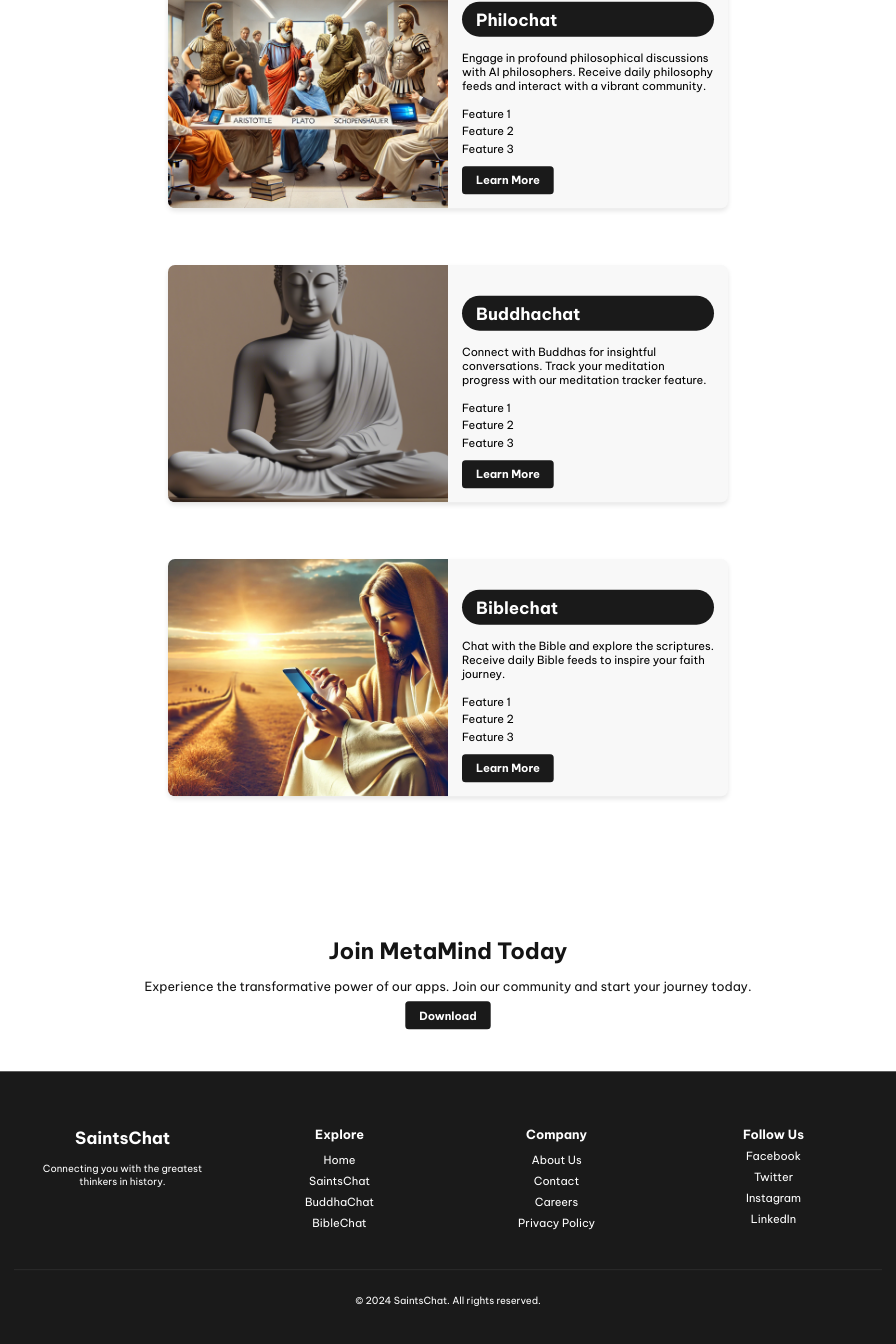
Repository: HSfac/EthosMindWeb
Page: /
These files come from the project's save history. The page is drawn as it stood at one moment and after the next save; the edit follows.
The browser window is 1280 px wide. The pictures show the part of the page from y = 1029 to 2949 px (the page is 2949 px tall), at 70% of full size.
The project was rebuilt for these pictures with package versions that can differ from the ones it lists, and the page was loaded fresh each time. Also part of the build but not shown: src/pages/SaintsChat.css, src/pages/SaintsChat.jsx, src/pages/BuddhaChat.css, src/pages/BuddhaChat.jsx, src/pages/BibleChat.css, src/pages/BibleChat.jsx, src/pages/Download.css, src/pages/Download.jsx.

Above is the page before, as saved 2024-07-21 22:42:52.

### src/index.css
@import url('https://fonts.googleapis.com/css2?display=swap&family=Be+Vietnam+Pro:wght@400;500;700;900&family=Noto+Sans:wght@400;500;700;900');

body {
  font-family: "Be Vietnam Pro", "Noto Sans", sans-serif;
  margin: 0;
  padding: 0;
  box-sizing: border-box;
}

### src/App.jsx
import React from 'react';
import { BrowserRouter as Router, Route, Routes } from 'react-router-dom';
import Home from './pages/Home.jsx';
import SaintsChat from './pages/SaintsChat.jsx';
import BuddhaChat from './pages/BuddhaChat.jsx';
import BibleChat from './pages/BibleChat.jsx';
import Download from './pages/Download.jsx'; // Download 페이지를 추가합니다.
import Header from './components/Header.jsx';
import Footer from './components/Footer.jsx';

function App() {
  return (
    <Router>
      <Header />
      <Routes>
        <Route path="/" element={<Home />} />
        <Route path="/saintschat" element={<SaintsChat />} />
        <Route path="/buddhachats" element={<BuddhaChat />} />
        <Route path="/biblechats" element={<BibleChat />} />
        <Route path="/download" element={<Download />} /> {/* Download 페이지를 추가합니다. */}
      </Routes>
      <Footer />
    </Router>
  );
}

export default App;

### src/pages/Home.jsx
import React from 'react';
import './Home.css';
import { Link } from 'react-router-dom';
import heroImage from '../assets/images/hero-image-land.png';
import philochatScreenshot from '../assets/images/ph-image-dl.png';
import buddhachatScreenshot from '../assets/images/buddha-hero-image.png';
import biblechatScreenshot from '../assets/images/jesus-image-dl.png';

function Home() {
  return (
    <main className="home-main">
      {/* Hero Section */}
      <section className="home-hero" style={{ backgroundImage: `url(${heroImage})` }}>
        <div className="home-hero-content">
          <h1 className="home-hero-title">Welcome to MetaMind</h1>
          <p className="home-hero-description">Explore our innovative apps designed to enrich your spiritual journey and philosophical discussions.</p>
          <div className="home-hero-search">
            <input type="text" placeholder="Chat with great thinkers" />
            <Link to="/download" className="home-hero-button">Download</Link>
          </div>
        </div>
      </section>

      {/* App Introduction Section */}
      <section id="home-app-introduction" className="home-app-introduction">
        <h2 className="home-section-title">Featured Apps</h2>
        <div className="home-app-cards">
          <div className="home-app-card">
            <div className="home-app-image-container">
              <img src={philochatScreenshot} alt="Philochat App Screenshot" className="home-app-image" />
            </div>
            <div className="home-app-info">
              <h3 className="home-app-title">Philochat</h3>
              <p className="home-app-description">Engage in profound philosophical discussions with AI philosophers. Receive daily philosophy feeds and interact with a vibrant community.</p>
              <ul className="home-app-features">
                <li>Feature 1</li>
                <li>Feature 2</li>
                <li>Feature 3</li>
              </ul>
              <Link to="/saintschat" className="home-learn-more-button" onClick={() => window.scrollTo(0, 0)}>Learn More</Link>
            </div>
          </div>
          <hr className="home-divider" />

          <div className="home-app-card">
            <div className="home-app-image-container">
              <img src={buddhachatScreenshot} alt="Buddhachat App Screenshot" className="home-app-image" />
            </div>
            <div className="home-app-info">
              <h3 className="home-app-title">Buddhachat</h3>
              <p className="home-app-description">Connect with Buddhas for insightful conversations. Track your meditation progress with our meditation tracker feature.</p>
              <ul className="home-app-features">
                <li>Feature 1</li>
                <li>Feature 2</li>
                <li>Feature 3</li>
              </ul>
              <Link to="/buddhachats" className="home-learn-more-button" onClick={() => window.scrollTo(0, 0)}>Learn More</Link>
            </div>
          </div>
          <hr className="home-divider" />

          <div className="home-app-card">
            <div className="home-app-image-container">
              <img src={biblechatScreenshot} alt="Biblechat App Screenshot" className="home-app-image" />
            </div>
            <div className="home-app-info">
              <h3 className="home-app-title">Biblechat</h3>
              <p className="home-app-description">Chat with the Bible and explore the scriptures. Receive daily Bible feeds to inspire your faith journey.</p>
              <ul className="home-app-features">
                <li>Feature 1</li>
                <li>Feature 2</li>
                <li>Feature 3</li>
              </ul>
              <Link to="/biblechats" className="home-learn-more-button" onClick={() => window.scrollTo(0, 0)}>Learn More</Link>
            </div>
          </div>
        </div>
      </section>

      {/* Call to Action Section */}
      <section className="home-cta-section">
        <h2 className="home-cta-title">Join MetaMind Today</h2>
        <p className="home-cta-description">Experience the transformative power of our apps. Join our community and start your journey today.</p>
        <div className="home-cta-buttons">
          <Link to="/download" className="home-cta-button">Download</Link>
        </div>
      </section>
    </main>
  );
}

export default Home;

### src/components/Header.jsx
import React from 'react';
import { Link } from 'react-router-dom';
import './Header.css';

function Header() {
  return (
    <header className="header">
      <h1 className="header-title">MetaMind</h1>
      <nav className="nav">
        <ul className="nav-list">
          <li className="nav-item"><Link to="/">Home</Link></li>
          <li className="nav-item"><Link to="/saintschat">PhiloChat</Link></li>
          <li className="nav-item"><Link to="/buddhachats">BuddhaChat</Link></li>
          <li className="nav-item"><Link to="/biblechats">BibleChat</Link></li>
          <li className="nav-item header-download-button"><Link to="/download">Download</Link></li>
          <li className="nav-item"><button className="toggle-button" onClick={() => document.body.classList.toggle('dark-mode')}>🌓</button></li>
        </ul>
      </nav>
    </header>
  );
}

export default Header;

### src/components/Footer.jsx
import React from 'react';
import { Link } from 'react-router-dom';
import './Footer.css';

function Footer() {
  return (
    <footer className="footer">
      <div className="footer-content">
        <div className="footer-section">
          <h2 className="footer-title">SaintsChat</h2>
          <p className="footer-description">Connecting you with the greatest thinkers in history.</p>
        </div>
        <div className="footer-section">
          <h3 className="footer-subtitle">Explore</h3>
          <ul className="footer-links">
            <li><Link to="/">Home</Link></li>
            <li><Link to="/saintschat">SaintsChat</Link></li>
            <li><Link to="/buddhachats">BuddhaChat</Link></li>
            <li><Link to="/biblechats">BibleChat</Link></li>
          </ul>
        </div>
        <div className="footer-section">
          <h3 className="footer-subtitle">Company</h3>
          <ul className="footer-links">
            <li><Link to="/about">About Us</Link></li>
            <li><Link to="/contact">Contact</Link></li>
            <li><Link to="/careers">Careers</Link></li>
            <li><Link to="/privacy">Privacy Policy</Link></li>
          </ul>
        </div>
        <div className="footer-section">
          <h3 className="footer-subtitle">Follow Us</h3>
          <div className="footer-social">
            <a href="https://facebook.com" target="_blank" rel="noopener noreferrer">Facebook</a>
            <a href="https://twitter.com" target="_blank" rel="noopener noreferrer">Twitter</a>
            <a href="https://instagram.com" target="_blank" rel="noopener noreferrer">Instagram</a>
            <a href="https://linkedin.com" target="_blank" rel="noopener noreferrer">LinkedIn</a>
          </div>
        </div>
      </div>
      <div className="footer-bottom">
        <p>&copy; 2024 SaintsChat. All rights reserved.</p>
      </div>
    </footer>
  );
}

export default Footer;

### src/pages/Home.css
.home-main {
  padding: 20px 40px;
}

.home-hero {
  background: linear-gradient(rgba(0, 0, 0, 0.1) 0%, rgba(0, 0, 0, 0.4) 100%), center/cover no-repeat;
  color: #ffffff;
  text-align: center;
  padding: 60px 20px;
  border-radius: 10px;
  margin-bottom: 40px;
  background-size: cover; /* 이미지가 섹션을 완전히 덮도록 설정 */
  background-position: center; /* 이미지가 중심에 위치하도록 설정 */
  min-height: 70vh; /* 히어로 섹션의 최소 높이를 70vh로 설정 */
  display: flex;
  justify-content: center;
  align-items: center;
}

.home-hero-content {
  max-width: 600px;
  margin: 0 auto;
}

.home-hero-title {
  font-size: 40px;
  font-weight: 900;
}

.home-hero-description {
  font-size: 18px;
  margin: 10px 0;
}

.home-hero-search {
  display: flex;
  justify-content: center;
  margin-top: 20px;
}

.home-hero-search input {
  padding: 10px;
  font-size: 16px;
  border: none;
  border-radius: 5px 0 0 5px;
  outline: none;
}

.home-hero-button {
  padding: 10px 20px;
  font-size: 16px;
  border: none;
  background-color: #1a1a1a;
  color: #ffffff;
  border-radius: 0 5px 5px 0;
  cursor: pointer;
  text-decoration: none;
}

.home-hero-button:hover {
  background-color: #333333;
  transform: scale(1.05);
  transition: background-color 0.3s, transform 0.3s;
}

.home-app-introduction {
  margin: 40px 0;
  margin-top: 200px;
  margin-bottom: 200px;
}

.home-section-title {
  font-size: 32px;
  font-weight: bold;
  text-align: center;
  margin-bottom: 20px;
  background: linear-gradient(90deg, #ff8a00, #e52e71);
  -webkit-background-clip: text;
  -webkit-text-fill-color: transparent;
}

.home-app-cards {
  display: flex;
  flex-direction: column;
  align-items: center;
  gap: 20px;
}

.home-app-card {
  display: flex;
  background-color: #f8f8f8;
  border-radius: 10px;
  box-shadow: 0 4px 8px rgba(0, 0, 0, 0.1);
  max-width: 800px;
  width: 100%;
  overflow: hidden;
}

.home-app-image-container {
  flex: 1;
  min-width: 50%;
}

.home-app-image {
  width: 100%;
  height: 100%;
  object-fit: cover;
}

.home-app-info {
  flex: 1;
  padding: 20px;
  display: flex;
  flex-direction: column;
  justify-content: center;
  color: black;
}

.home-app-title {
  font-size: 24px;
  font-weight: bold;
  background-color: #1a1a1a;
  color: #ffffff;
  padding: 10px 20px;
  border-radius: 50px;
  display: inline-block;
  margin-bottom: 10px;
  white-space: nowrap;
}

.home-app-description {
  font-size: 16px;
  margin: 10px 0;
  color: black;
}

.home-app-features {
  list-style: none;
  padding: 0;
  margin: 10px 0;
}

.home-app-features li {
  font-size: 16px;
  margin-bottom: 5px;
}

.home-learn-more-button {
  background-color: #1a1a1a;
  color: #ffffff;
  padding: 10px 20px;
  border: none;
  border-radius: 5px;
  cursor: pointer;
  font-size: 16px;
  font-weight: bold;
  text-decoration: none;
  align-self: flex-start;
  transition: background-color 0.3s, transform 0.3s;
}

.home-learn-more-button:hover {
  background-color: #333333;
  transform: scale(1.05);
}

.home-divider {
  border: 0;
  height: 1px;
  margin: 20px 0;
  background-color: rgba(0, 0, 0, 0.2);
}

.home-cta-section {
  margin: 40px 0;
  text-align: center;
}

.home-cta-title {
  font-size: 32px;
  font-weight: bold;
  margin-bottom: 20px;
}

.home-cta-description {
  font-size: 18px;
  margin: 10px 0;
}

.home-cta-buttons {
  display: flex;
  justify-content: center;
  gap: 10px;
}

.home-cta-button {
  background-color: #1a1a1a;
  color: #ffffff;
  padding: 10px 20px;
  border: none;
  border-radius: 5px;
  cursor: pointer;
  font-size: 16px;
  font-weight: bold;
  text-decoration: none;
  position: relative;
  transition: background-color 0.3s, transform 0.3s;
  overflow: hidden;
}

.home-cta-button::after {
  content: "";
  position: absolute;
  top: 50%;
  left: 50%;
  width: 300%;
  height: 300%;
  background: rgba(255, 255, 255, 0.15);
  opacity: 0;
  transform: translate(-50%, -50%) scale(0);
  transition: transform 0.5s, opacity 0.5s;
  border-radius: 50%;
}

.home-cta-button:hover::after {
  transform: translate(-50%, -50%) scale(1);
  opacity: 1;
}

@keyframes pop {
  0%, 100% {
    transform: scale(1);
  }
  50% {
    transform: scale(1.2);
  }
}

.home-cta-button:hover {
  background-color: #333333;
  animation: pop 0.6s ease-in-out infinite;
}

### src/components/Header.css
.header {
  display: flex;
  justify-content: space-between;
  align-items: center;
  padding: 10px 20px;
  border-bottom: 1px solid #ededed;
}

.header-title {
  font-size: 24px;
  font-weight: bold;
}

.nav {
  display: flex;
}

.nav-list {
  display: flex;
  list-style: none;
  margin: 0;
  padding: 0;
}

.nav-item {
  margin-left: 20px;
}

.nav-item a {
  text-decoration: none;
  color: var(--text-color);
  font-weight: 500;
}

.header-download-button a {
  padding: 8px 16px;
  border-radius: 20px;
  background-color: #1a1a1a;
  color: white;
}

.toggle-button {
  background: none;
  border: none;
  font-size: 18px;
  cursor: pointer;
  margin-left: 20px;
}

:root {
  --bg-color: white;
  --text-color: #141414;
}

.dark-mode {
  --bg-color: #141414;
  --text-color: white;
}

body {
  background-color: var(--bg-color);
  color: var(--text-color);
  transition: background-color 0.3s, color 0.3s;
}

### src/components/Footer.css
.footer {
  background-color: #1a1a1a;
  color: white;
  padding: 40px 20px;
  text-align: center;
}

.footer-content {
  display: flex;
  flex-wrap: wrap;
  justify-content: space-around;
  margin-bottom: 20px;
}

.footer-section {
  flex: 1;
  min-width: 200px;
  margin: 20px;
}

.footer-title {
  font-size: 24px;
  font-weight: bold;
}

.footer-description {
  font-size: 14px;
}

.footer-subtitle {
  font-size: 18px;
  font-weight: bold;
  margin-bottom: 10px;
}

.footer-links {
  list-style: none;
  padding: 0;
}

.footer-links li {
  margin-bottom: 10px;
}

.footer-links a {
  text-decoration: none;
  color: white;
}

.footer-social a {
  display: block;
  margin-bottom: 10px;
  text-decoration: none;
  color: white;
}

.footer-bottom {
  border-top: 1px solid #333;
  padding-top: 20px;
  font-size: 14px;
}

Loaded but not shown: public/index.html (common file); src/index.js (common file)

After the next save:
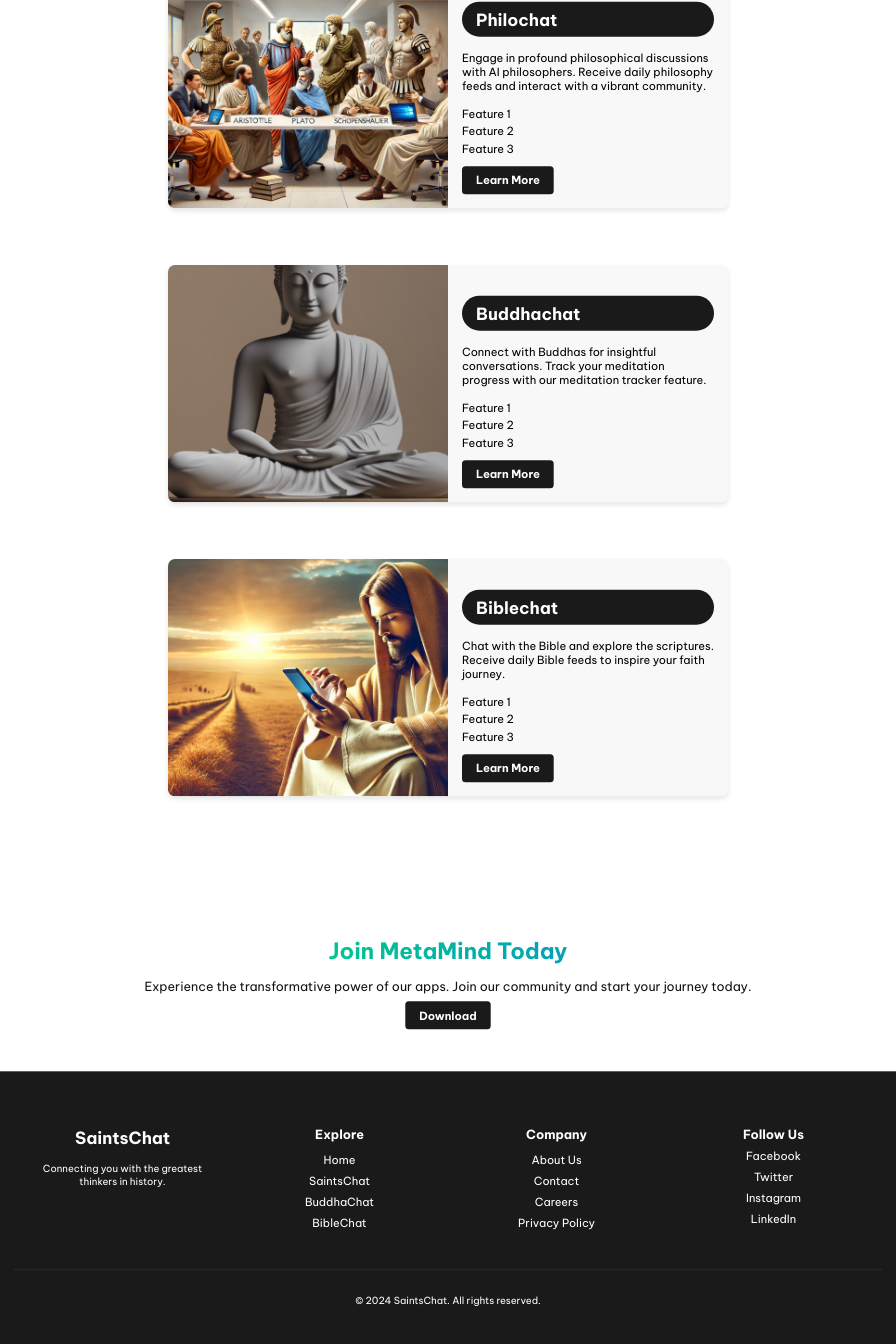
Saved 14 s later.
--- a/src/pages/Home.css
+++ b/src/pages/Home.css
@@ -175,13 +175,15 @@
   margin: 40px 0;
   text-align: center;
 }
-
 .home-cta-title {
   font-size: 32px;
   font-weight: bold;
   margin-bottom: 20px;
-}
-
+  text-align: center;
+  background: linear-gradient(90deg, #00f260, #0575e6);
+  -webkit-background-clip: text;
+  -webkit-text-fill-color: transparent;
+}
 .home-cta-description {
   font-size: 18px;
   margin: 10px 0;
